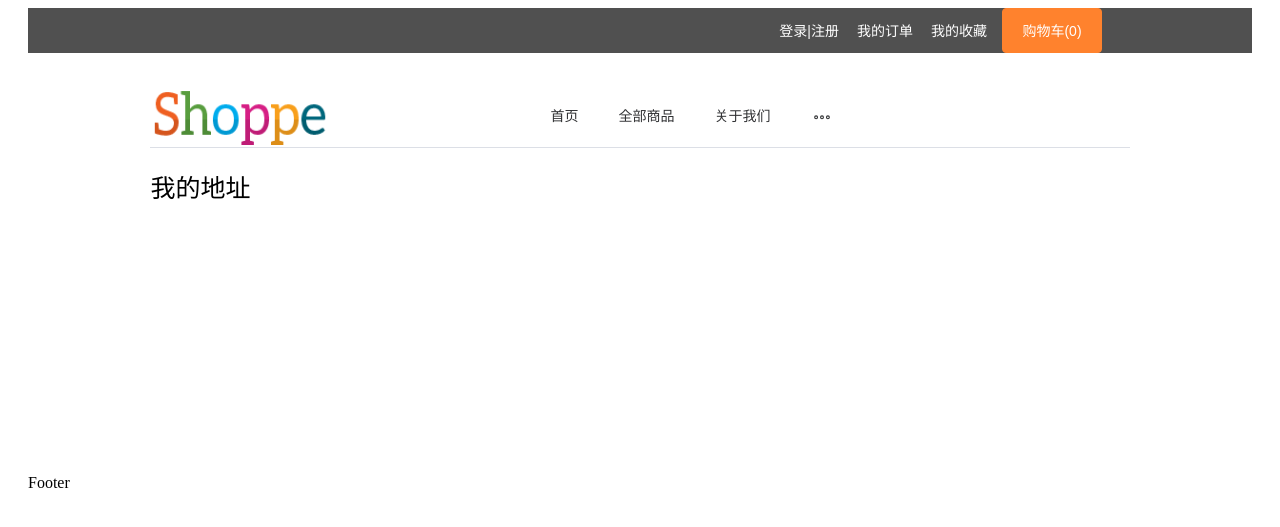
Repository: zhenghaochang/---
Page: /#/confirmOrder (app in xiaomi/)
An editor plug-in stored every save of this project. The page is shown before and after a run of saves, followed by the edit.
The browser window is 1280 px wide. The pictures show the whole page.
The project was rebuilt for these pictures with package versions that can differ from the ones it lists, and the page was loaded fresh each time. Also part of the build but not shown: xiaomi/vite.config.js.

Above is the page before, as saved 2025-08-03 15:49:57.

After the next 4 saves:
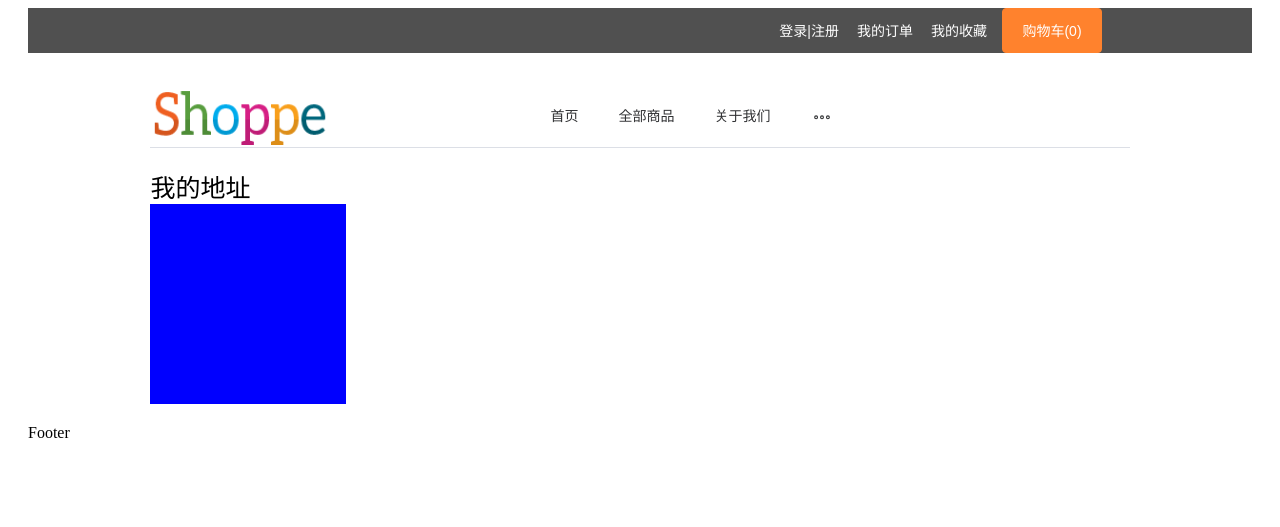
The 4 saves are shown as one change because they came seconds apart.
The last was saved 38 s later.
--- a/xiaomi/src/view/confirmOrder.vue
+++ b/xiaomi/src/view/confirmOrder.vue
@@ -6,11 +6,12 @@
     <div class="base_div">
         <div style="width:80%;display:flex;flex-direction:column">
             <span style="font-size:25px">我的地址</span>
-            <el-scrollbar style="display:flex;flex-wrap:wrap;justify-content:space-between" height="250px">
-                <div class="address_div">
+            <!-- <el-scrollbar style="display:flex;flex-wrap:wrap;justify-content:space-between" height="250px">
 
-                </div>
-            </el-scrollbar>
+            </el-scrollbar> -->
+            <div class="address_div">
+
+            </div>
         </div>
     </div>
 </template>
